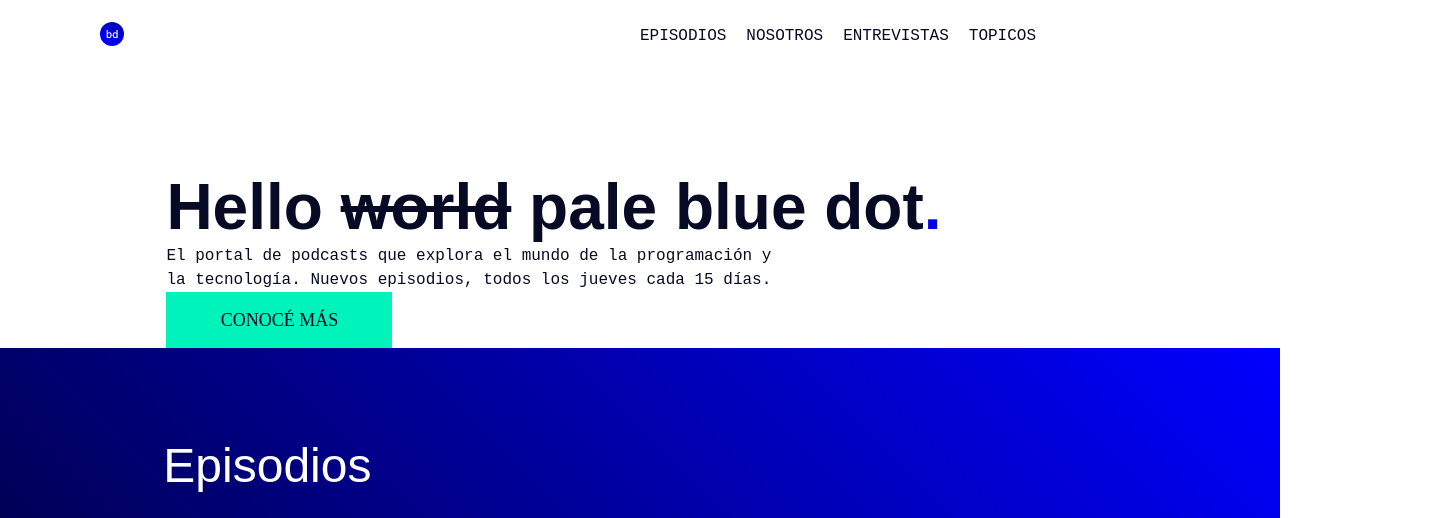
Repository: FedeGA93/podcast
Page: index.html
An editor plug-in stored every save of this project. The page is shown before and after a run of saves, followed by the edit.
The browser window is 1280 px wide. The page is 1440 px wide, so the pictures cover 1440 px, including what lies to the right of the window. The pictures show the part of the page from y = 0 to 518 px (the page is 3205 px tall).
Pictures or frames that could not be fetched are drawn as grey boxes. Some web fonts or font styles are not loaded; a fallback is used. Some web libraries are served in a nearby version.

Above is the page before, as saved 2019-11-26 19:07:59.

### index.html
<!DOCTYPE html>
<html lang="es">

<head>
    <meta charset="UTF-8">
    <meta name="viewport" content="width=device-width, initial-scale=1.0">
    <meta http-equiv="X-UA-Compatible" content="ie=edge">
    <title>BlueDot</title>
    <link rel="stylesheet" href="styles/styles.css">
    <link href="https://fonts.googleapis.com/css?family=IBM+Plex+Mono/IBM+Plex+Sans:400,400i,500,600&display=swap"
        rel="stylesheet">
    <link rel="stylesheet" href="https://cdnjs.cloudflare.com/ajax/libs/font-awesome/5.11.2/css/all.css">
    <link rel="shortcut icon" href="images/logo.ico" type="image/x-icon">
    <link rel="icon" href="images/logo.ico" type="image/x-icon">
</head>

<body>
    <header class="estilo-header">
        <nav>
            <div class="menu">
                <div>
                    <img src="images/logo.svg" alt="Logo del podcast" class="responsive-logo">
                </div>
                <div>

                    <!-- DEsde acá-->
                    <input type="checkbox" id="transformacion" />
                    <label for="transformacion" class="fija-menu">
                        <span class="barras-negras-hamburger bar1"></span>
                        <span class="barras-negras-hamburger bar2"></span>
                        <span class="barras-negras-hamburger bar3"></span>
                    </label>
                    <!--Hasta acá es lo que tengo que copiar-->
                    <ul class="menu-hijo">
                        <li><a class="color-letras" href="#epi">EPISODIOS</a></li>
                        <li><a class="color-letras" href="#nos">NOSOTROS</a></li>
                        <li><a class="color-letras" href="#ent">ENTREVISTAS</a></li>
                        <li><a class="color-letras" href="#topi">TOPICOS</a></li>
                    </ul>

                </div>
            </div>
        </nav>
    </header>
    <main class="primera-caja">
        <div class="centrado">
            <h1>Hello <s>world</s> pale blue dot<strong class="color-punto">.</strong></h1>
        </div>
        <div class="centrado">
            <p class="parrafos-general">El portal de podcasts que explora el mundo de la programación y <br> la
                tecnología.
                Nuevos episodios, todos los jueves cada 15 días.</p>
        </div>
        <div class="main-child">
            <div>
                <p><a class="btn cnmas" href="#nos">CONOCÉ MÁS</a></p>
            </div>
        </div>
    </main>
    <section>
        <div class="fondo-azul-gradiente sec">
            <svg xmlns="http://www.w3.org/2000/svg" viewBox="0 1 100 100" preserveAspectRatio="none">
                <polygon fill="white" points="0,0 1440,0 100,0" />
            </svg>
          <!--   <div class="corteuno"></div> -->
            <div class="cortedos"></div>
            <div>
                <p class="color-blanco pad" id="epi">Episodios</p>
            </div>
            <div class="flex-spotify">
                <iframe src="https://open.spotify.com/embed-podcast/show/2ySVrxGkN6n6frMTo9Nsrt"
                    allowtransparency="true" frameborder="0" allow="encrypted-media"></iframe>
                <iframe src="https://open.spotify.com/embed-podcast/show/4kYCRYJ3yK5DQbP5tbfZby"
                    allowtransparency="true" frameborder="0" allow="encrypted-media"></iframe>
                <iframe src="https://open.spotify.com/embed-podcast/episode/2VHYWRX1mHcZQS89y3z2Xv" frameborder="0"
                    allowtransparency="true" allow="encrypted-media"></iframe>
                <iframe src="https://open.spotify.com/embed-podcast/show/2Iibd5A6R7mxkCm4NwNmUn"
                    allowtransparency="true" frameborder="0" allow="encrypted-media"></iframe>
            </div>
        </div>
    </section>
    <section>

        <div class="informacion">
            <div>
                <img src="images/phone.png" alt="El podcast en un telefono" class="telefono">
            </div>
            <div>
                <h2 class="color-negro" id="nos">De dónde venimos</h2>

                <p class="parrafos-general limit-text">Our posturings, our imagined self-importance, the delusion that
                    we
                    have some
                    privileged position in the Universe, are challenged by this point of pale light. </p> <br>

                <p class="parrafos-general limit-text">
                    Our planet is a lonely speck in the great enveloping cosmic dark. In our obscurity, in all this
                    vastness, there is no hint that help will come from elsewhere to save us from ourselves.</p>

            </div>
        </div>

    </section>
    <section>
        <h2 class="color-negro paddie" id="ent">
            Invitadas/os Estelares
        </h2>

        <div class="photo-box">
            <img src="images/grace-hopper.png" alt="Foto de Grace Hopper" class="photos">
            <img src="images/Katie-Bouman.png" alt="Foto de Katie Bouman" class="photos">
            <img src="images/Margaret_Hamilton.png" alt="Margaret Hamilton" class="photos">
            <img src="images/computadora1950.png" alt="Una computadora del año 1950" class="photos">
            <img src="images/computadoraprogramable.png" alt="La primera computadora programable del mundo"
                class="photos">
            <img src="images/susan-kare.png" alt="Foto de Susan Kare" class="photos">

        </div>
    </section>
    <section class="top">
        <h2 class="color-negro center-text" id="topi">Algunos de nuestros temas</h2>
        <div>
            <section class="alineado">
                <div>
                    <img src="images/icon1.svg" alt="Una computadora que demuestra el trabajo remoto"
                        class="theme-size">
                    <p class="temas">Trabajo remoto</p>
                </div>
                <div>
                    <img src="images/icon2.svg" alt="Una cabeza pensando" class="theme-size">
                    <p class="temas">Repensando la programación</p>
                </div>

                <div>
                    <img src="images/icon3.svg" alt=" Un libro de código" class="theme-size">
                    <p class="temas">Bases de código</p>
                </div>

                <div>
                    <img src="images/icon4.svg" alt="Logo de seguridad" class="theme-size">
                    <p class="temas">Seguridad informática</p>
                </div>
            </section>
        </div>
    </section>
    <section>
        <div class="fondo-azul-gradiente secfoot">
            <div class="corteuno"></div>
            <div>
                <h2 class="color-blanco center-text">
                    ¿Querés las últimas novedades?
                </h2>
            </div>

            <div>
                <p> <a class="btn ele" href="#epi">ESCUCHÁ LOS EPISODIOS</a> </p>
            </div>

        </div>
    </section>

    <footer>
        <div class="flex-end">
            <h3 class="informacion">© 2019— Hello blue pale dot </h3>
            <div class="sin-deco">
                <a href="https://open.spotify.com/show/6xpiit8aJmwDHk1rKdxmri"><i class="fab fa-spotify"></i></a>
                <a href="https://twitter.com/w3c"> <i class="fab fa-twitter"></i></a>
                <a href="https://www.instagram.com/coding/"><i class="fab fa-instagram"></i></a>
                <a href="https://www.facebook.com/programminggeeks.in/"><i class="fab fa-facebook"></i></a>
            </div>
        </div>
    </footer>
</body>

</html>

### styles/styles.css
* {
  margin: 0;
  padding: 0;
  border: 0;
  box-sizing: content-box;
}

.menu {
  display: flex;
  flex-flow: row;
  justify-content: space-between;
  padding: 22px 244px 120px 100px;
  position: static;
  top: 0;
  overflow: hidden;
}
.menu-hijo {
  display: flex;
  flex-flow: row wrap;
  text-decoration: none;
  list-style-type: none;
  justify-content: flex-end;
  text-indent: 20px;
}

.primera-caja {
  display: flex;
  flex-flow: column;
  padding: 0 13%;
}
.centrado {
  justify-content: center;
}
.color-letras:active {
  color: RGBA(6, 10, 36, 0.53);
}
.color-letras:hover {
  color: #00f3bb;
  text-decoration: line-through;
}
.color-letras {
  font-family: "IBM Plex Mono", monospace;
  font-size: 16px;
  color: #060a24;
  letter-spacing: 0;
  line-height: 28px;
  text-decoration: none;
}

h1 {
  font-family: "IBM Plex Sans", sans-serif;
  font-size: 64px;
  color: #060a24;
  letter-spacing: 0;
}
.color-punto {
  font-family: "IBM Plex Sans", sans-serif;
  font-size: 64px;
  color: #0000ec;
  letter-spacing: 0;
}
.parrafos-general {
  font-family: "IBM Plex Mono", monospace;
  font-size: 16px;
  color: #060a24;
  letter-spacing: 0;
  line-height: 24px;
}

input {
  display: none;
}

.sec {
  position: relative;
  width: 100%;
  height: 124vh;
  overflow: hidden;
}
.secfoot {
  display: flex;
  justify-content: center;
  align-items: center;
  flex-direction: column;
  position: relative;
  width: 100%;
  height: 50vh;
  overflow: hidden;
}
.fondo-azul-gradiente {
  background-image: linear-gradient(225deg, #0000ff 0%, #000003 100%);
}

/* Cortes del fondo */
svg {
  position: absolute;
  bottom: 0;
  width: 100vw;

}

/* .corteuno {
  position: absolute;
  top: 0;
  left: 0;
  border-width: 0 0 8vw 100vw;
  border-style: solid;
  border-color: transparent #fff transparent;
} */
.cortedos {
  position: absolute;
  bottom: 0;
  left: 0;
  border-width: 0 0 10vw 100vw;
  border-style: solid;
  border-color: transparent transparent #fff;
}
/* terminan los cortes */
.color-blanco {
  font-family: "IBM Plex Sans", sans-serif;
  font-size: 48px;
  color: #ffffff;
  letter-spacing: 0;
}
.color-negro {
  font-family: "IBM Plex Sans", sans-serif;
  font-size: 48px;
  color: #060a24;
  letter-spacing: 0;
}
.informacion {
  display: flex;
  justify-content: flex-start;
  flex-direction: row;
}

.btn {
  display: flex;
  align-items: center;
  justify-content: center;
  background-color: #00f3bb;
  font-family: "IBMPlexMono", Medium;
  font-size: 18px;
  color: #060a24;
  letter-spacing: 0;
  text-align: center;
  line-height: 24px;
  text-decoration: none;
}
.btn:hover,
.btn:focus {
  background-image: linear-gradient(225deg, #0000fe 0%, #00f0b8 100%);
  color: #ffffff;
}
.cnmas {
  height: 56px;
  width: 226px;
}
.ele {
  width: 345px;
  height: 56px;
}

.flex {
  display: flex;
  flex-direction: row;
  flex-wrap: nowrap;
  justify-content: space-between;
}
.pad {
  padding: 7% 12.76% 0;
}
.flex-spotify {
  display: flex;
  flex-flow: row wrap;
  padding: 2% 8%;
}
.temas {
  font-family: "IBMPlexSans";
  font-weight: 600;
  font-size: 24px;
  color: #060a24;
  letter-spacing: 0;
  text-align: center;
}

.alineado {
  display: flex;
  flex-flow: row;
  justify-content: space-evenly;
  text-align: center;
}
.telefono {
  position: relative;
  top: -311px;
  height: 660px;
  width: 457.6px;
  padding: 200px 64px 0 200px;
}
iframe {
  padding: 0 72px 72px 0;
  position: relative;
  z-index: 1;
  width: 44%;
  height: 232px;
}

.paddie {
  margin: -267px 0 36px 200px;
  z-index: 1;
}
.photos {
  width: 480px;
  height: 364px;
}
.photo-box {
  width: fit-content;
  display: grid;
  grid-template-columns: repeat(3, 0fr);
  grid-template-rows: repeat(2, min(25vw));
}
.limit-text {
  width: 54%;
}
.theme-size {
  width: 104px;
  height: 104px;
}
.top {
  margin-top: 5%;
}
.flex-end {
  display: flex;
  flex-direction: row;
  justify-content: space-between;
}
.sin-deco a {
  text-decoration: none;
  color: black;
}
/*
  ***************************************************
    ***********************************************
      ********************************************
        ****************************************
        *****************MOBILE*****************
        ****************************************
      ********************************************
     **********************************************
   **************************************************
 */

@media screen and (max-width: 600px) {
  * {
    margin: 0px;
    padding: 0;
    border: 0;
  }
  .estilo-header {
    padding: 3%;
  }
  .barra-navegadora {
    display: none;
  }
  .menu {
    padding: 0px;
    position: sticky;
  }
  .seccion {
    width: 100%;
  }

  .responsive-logo {
    margin: 2.2% 87.5% 1.2% 2%;
  }
  .menu-hijo {
    display: none;
  }
  .menu-hijo:hover {
    display: block;
  }
  h1 {
    font-family: "IBM Plex Sans", sans-serif;
    font-size: 36px;
    color: #060a24;
    letter-spacing: 0;
    line-height: 42px;
  }

  .parrafos-general {
    font-family: "IBM Plex Mono", monospace;
    font-size: 14px;
    color: #060a24;
    letter-spacing: 0;
    line-height: 22px;
  }
  .color-blanco {
    font-family: "IBM Plex Sans", sans-serif;
    font-size: 36px;
    color: #ffffff;
    letter-spacing: 0;
    line-height: 42px;
  }
  .color-negro {
    font-family: "IBM Plex Sans", sans-serif;
    font-size: 36px;
    color: #060a24;
    letter-spacing: 0;
    line-height: 42px;
  }
  .cnmas {
    height: 48px;
    width: 100%;
  }
  .barras-negras-hamburger {
    display: block;
    width: 33px;
    height: 4px;
    margin-bottom: 5px;
    position: relative;
    background: black;
    border-radius: 3px;
  }
  .sec {
    height: 165vh;
  }
  .secfoot {
    height: 40vh;
  }
  .center-text {
    text-align: center;
  }
  .telefono {
    top: -60px;
    padding: 0 0 0 9%;
    width: 360px;
    height: 519px;
  }
  .photo-box {
    grid-template-columns: repeat(1, 0);
    grid-template-rows: repeat(1, 16.5%);
  }
  .paddie {
    margin: 0;
  }
  .photos {
    height: auto;
    width: 100vw;
  }
  iframe {
    padding: 1%;
    width: auto;
  }
  .informacion {
    flex-direction: column;
  }
  .alineado {
    flex-direction: column;
  }
  .flex-spotify {
    padding: 2% 15%;
  }
  /* A partir de acá es el menu*/

  input[type="checkbox"]:checked ~ label > span.bar1 {
    -webkit-transform: rotate(-45deg) translate(-8px, 6px);
    transform: rotate(-45deg) translate(-8px, 6px);
    transition-delay: 0.1s;
  }
  input[type="checkbox"]:checked ~ label > span.bar2 {
    opacity: 0;
  }
  input[type="checkbox"]:checked ~ label > span.bar3 {
    -webkit-transform: rotate(45deg) translate(-8px, -6px);
    transform: rotate(45deg) translate(-8px, -6px);
    transition-delay: 0.1s;
  }
  input[type="checkbox"]:checked ~ .menu-hijo {
    background-color: blue;
    display: block;
    margin: auto;
    padding: initial;
    z-index: 1000;
    color: #fff;
  }

  input {
    display: none;
  }
  .fija-menu {
    display: block;
    direction: rtl;
  }
  /* hasta acá*/
}

@media screen and (max-width: 349px) {
  .sec {
    width: 129%;
  }
  .photos {
    width: 411px;
  }
  .cnmas {
    width: 100vw;
  }
  .corteuno {
    border-width: 0 0 12vw 158vw;
  }
  .cortedos {
    border-width: 0 0 19vw 129vw;
  }
  .secfoot{
    width: 129vw;
  }
  .top{
    margin-left: 27%;
  }
}
/*
  ***************************************************
    ***********************************************
      ********************************************
        ****************************************
         ***************TABLET*****************
        ****************************************
      ********************************************
     **********************************************
   **************************************************
 */
/*  @media screen and (max-width:601px) {


  } */

After the next 3 saves:
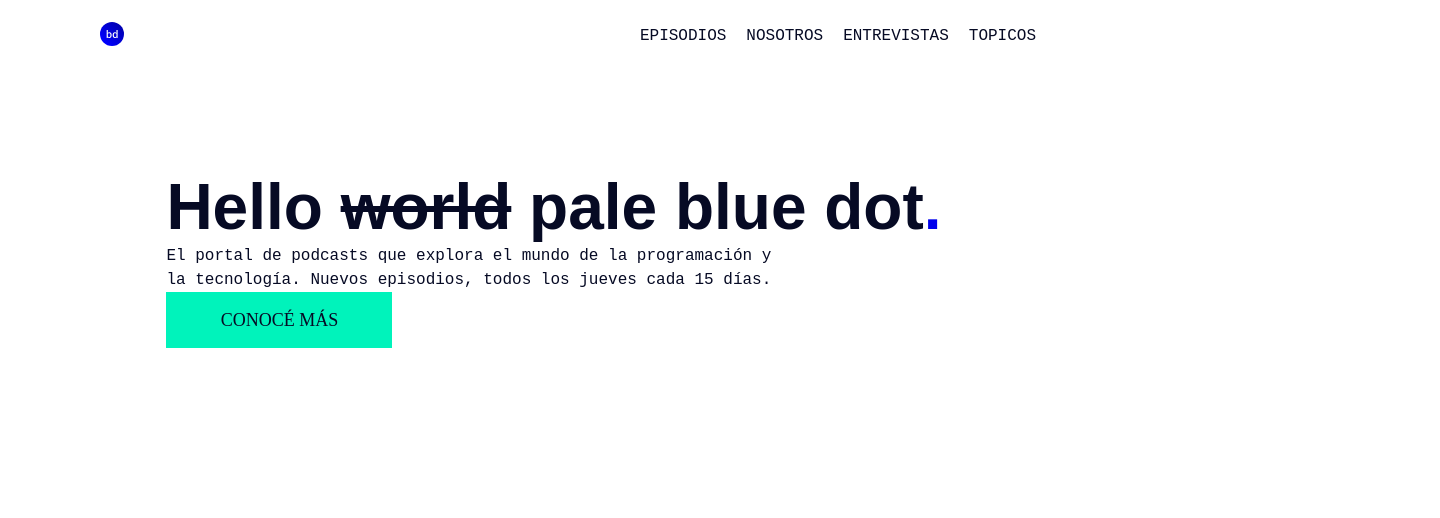
The 3 saves are shown as one change because they came seconds apart.
The last was saved 9 s later.
--- a/index.html
+++ b/index.html
@@ -60,7 +60,7 @@
     <section>
         <div class="fondo-azul-gradiente sec">
             <svg xmlns="http://www.w3.org/2000/svg" viewBox="0 1 100 100" preserveAspectRatio="none">
-                <polygon fill="white" points="0,0 1440,0 100,0" />
+                <polygon fill="white" points="0,0 1440,0 0,75" />
             </svg>
           <!--   <div class="corteuno"></div> -->
             <div class="cortedos"></div>

After the 3 saves that followed:
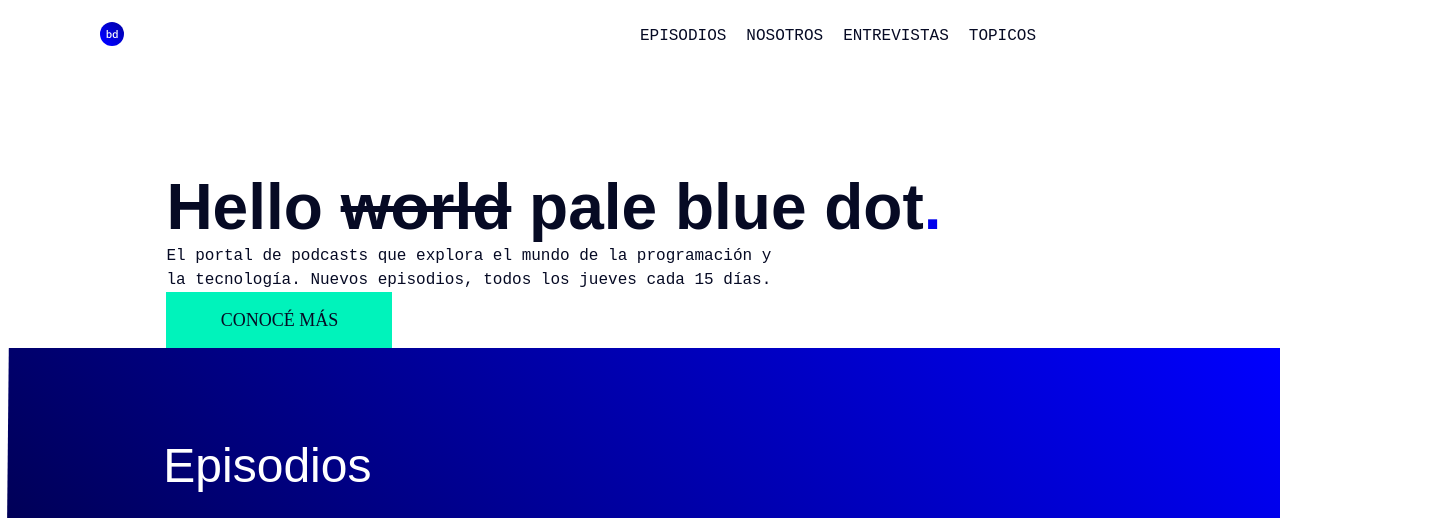
The 3 saves are shown as one change because they came seconds apart.
The last was saved 12 s later.
--- a/index.html
+++ b/index.html
@@ -60,7 +60,7 @@
     <section>
         <div class="fondo-azul-gradiente sec">
             <svg xmlns="http://www.w3.org/2000/svg" viewBox="0 1 100 100" preserveAspectRatio="none">
-                <polygon fill="white" points="0,0 1440,0 0,75" />
+                <polygon fill="white" points="0,0 1,0 0,100" />
             </svg>
           <!--   <div class="corteuno"></div> -->
             <div class="cortedos"></div>
